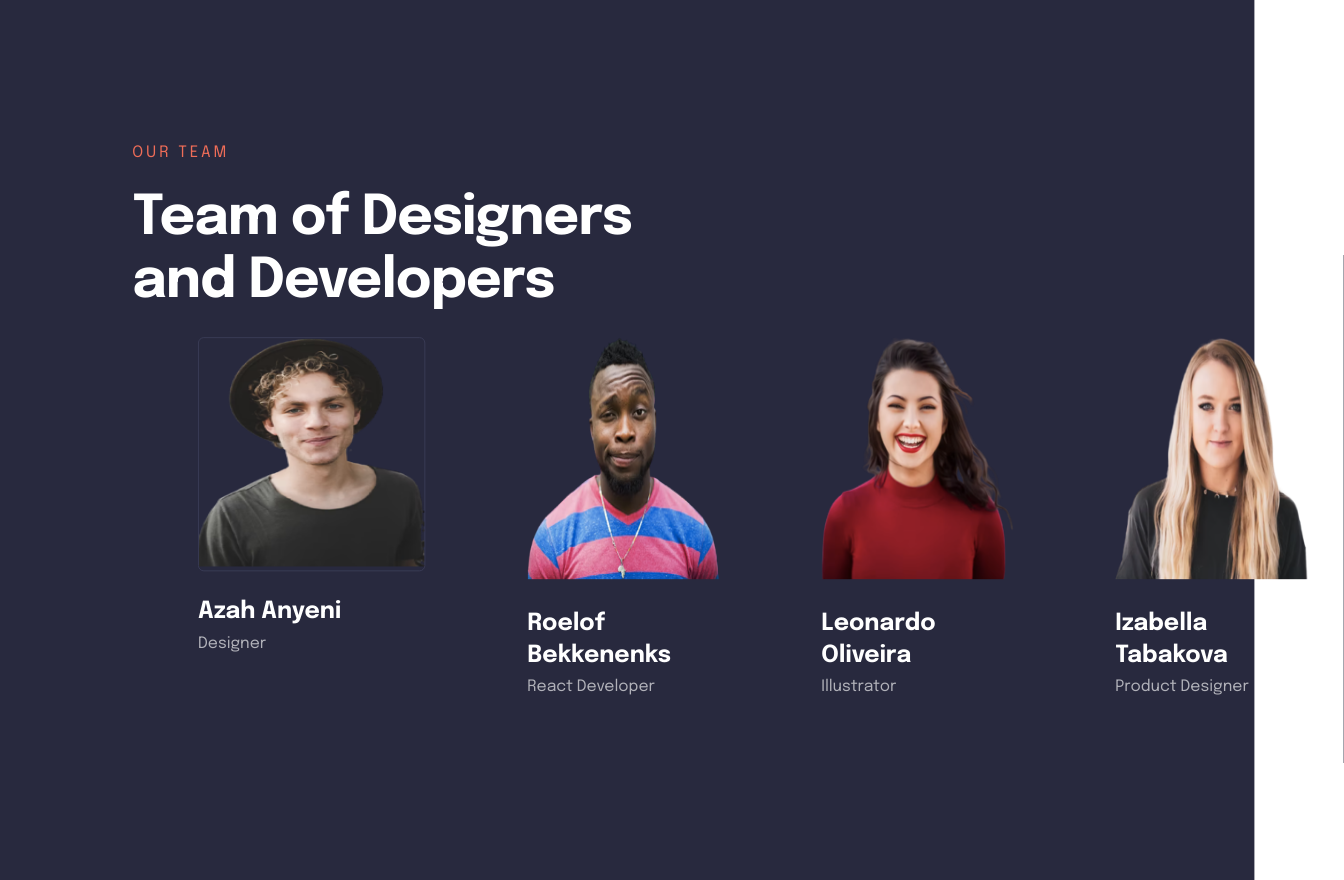
Repository: FaridRustamov09/task13
Page: index.html
These files come from the project's save history. The page is drawn as it stood at one moment and after the next save; the edit follows.
The browser window is 1280 px wide. The page is 1371 px wide, then 1280 px, so the pictures cover 1371 px, including what lies to the right of the window. The pictures show the whole page, at 98% of full size.

Above is the page before, as saved 2023-11-27 19:01:18.

After the next save:
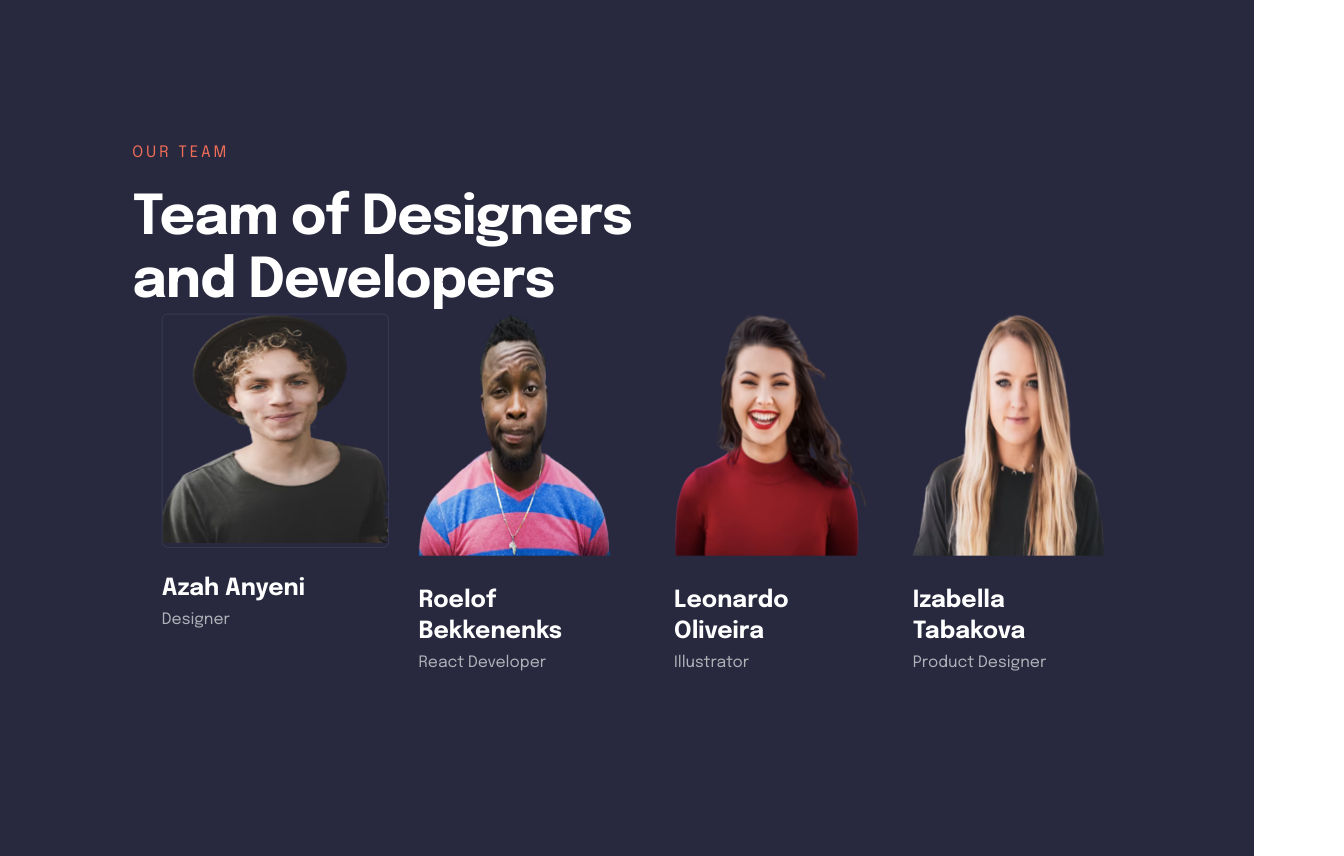
Saved 20 s later.
--- a/index.css
+++ b/index.css
@@ -36,7 +36,7 @@
 }
 .box {
   margin-left: 30px;
-  padding: 24px 37px 1px 37px;
+  /* padding: 24px 37px 1px 37px; */
 
 }
 .box .img-border{
